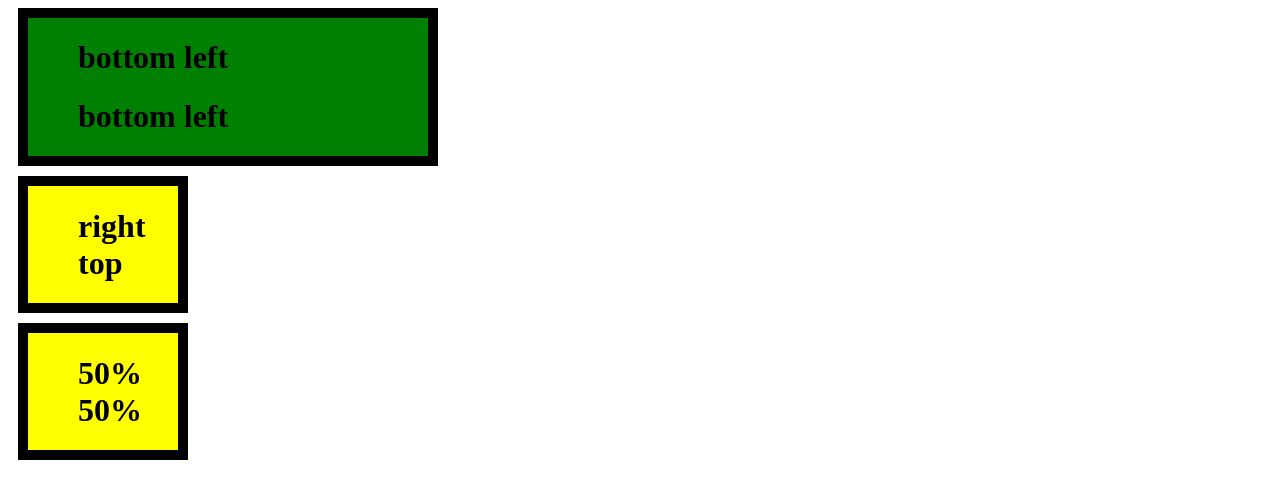
Repository: antonio63j/misNotas
Page: software/CSS/Demos/aptana_proyect/src/static-normal.html
These files come from the project's save history. The page is drawn as it stood at one moment and after the next save; the edit follows.
The browser window is 1280 px wide. The pictures show the whole page.

Above is the page before, as saved 2017-04-23 15:45:24.

After the next save:
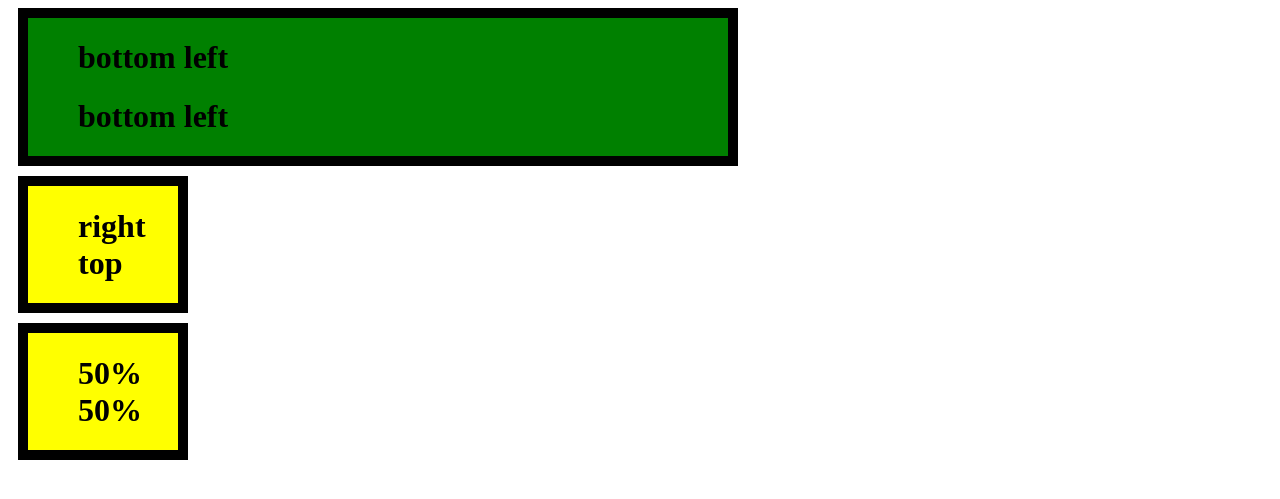
Saved 29 s later.
--- a/software/CSS/Demos/aptana_proyect/src/static-normal.html
+++ b/software/CSS/Demos/aptana_proyect/src/static-normal.html
@@ -22,7 +22,7 @@
   position:static;
   bottom:1px;
   left:20px;
-  width: 300px;
+  width: 600px;
   padding-left:  50px;
   padding-right: 50px;
   margin-left:   10px;
